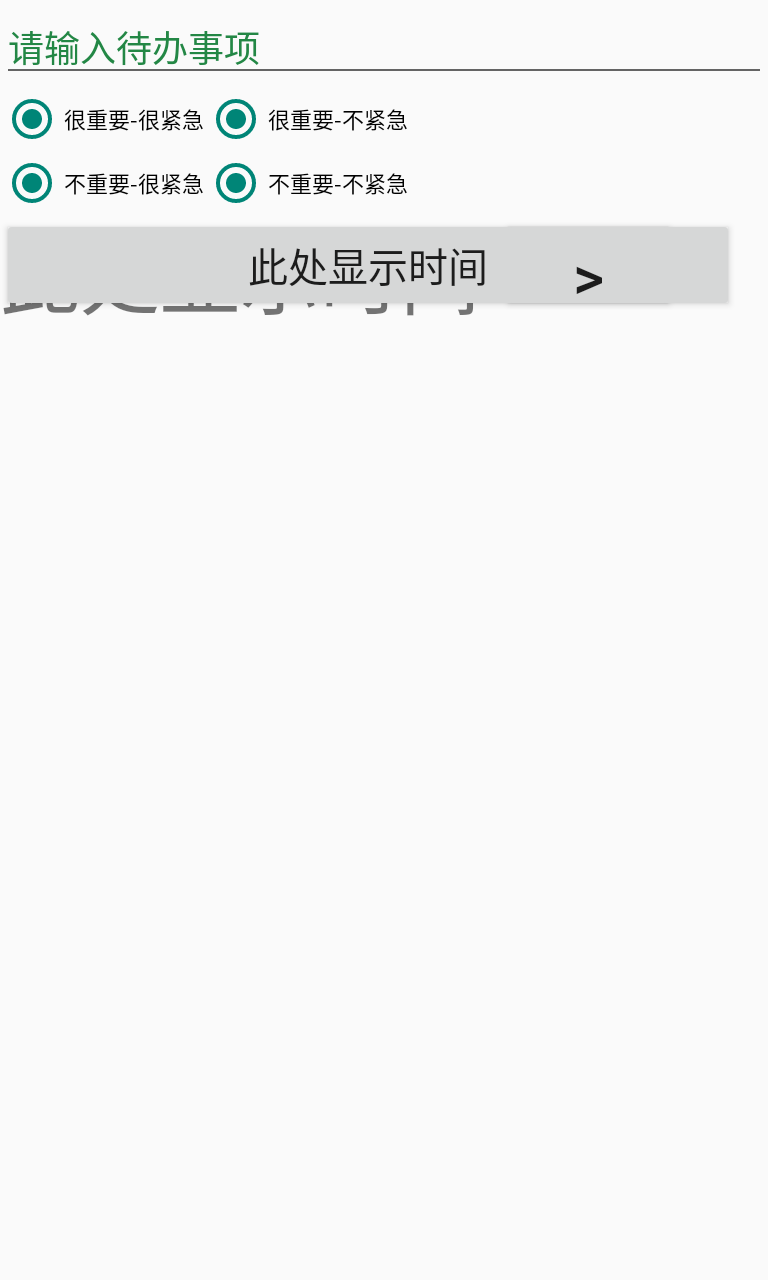
Repository: sh-zh-en/NBTodo
Layout: nbtodo/NBTodo/res/layout/addition_task_layout.xml
An editor plug-in stored every save of this project. The layout is shown before and after a run of saves, followed by the edit.
It is drawn on a 768 x 1280 px phone screen (xhdpi) without system bars, with theme AppTheme; the app's code is not run.

Above is the layout before, as saved 2015-02-12 17:58:26.

After the next 3 saves:
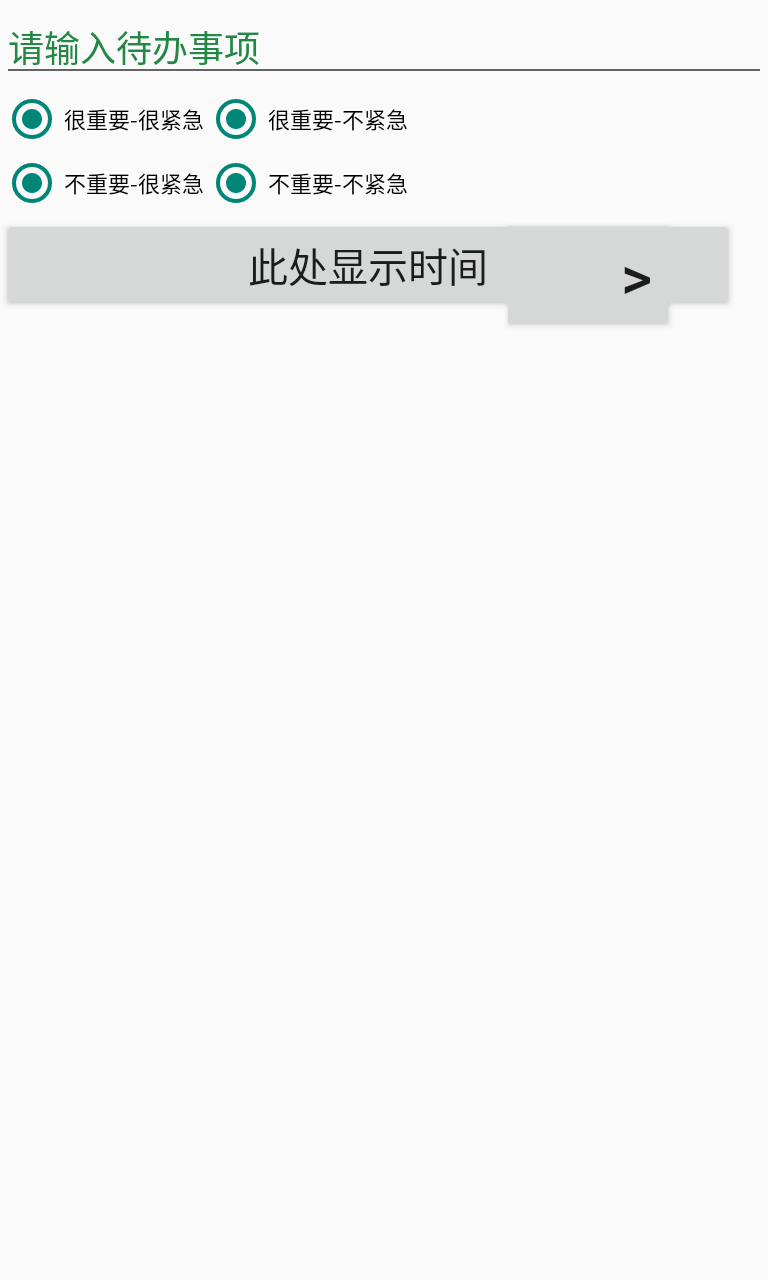
The 3 saves are shown as one change because 2 did not build or start.
The last was saved 5 min 23 s later.
--- a/nbtodo/NBTodo/res/layout/addition_task_layout.xml
+++ b/nbtodo/NBTodo/res/layout/addition_task_layout.xml
@@ -92,25 +92,18 @@
         android:layout_marginRight="@dimen/abc_action_bar_icon_vertical_padding_material"
         android:orientation="vertical" >
 
-		<TextView
-		    android:id="@+id/dateAndTime"
-		    android:layout_width="fill_parent"
-		    android:layout_height="wrap_content"
-		    android:lines="1"
-		    android:text="@string/show_time"
-		    android:textSize="40sp"
-		     />
 		<Button
 		    android:id="@+id/showDate"
 		    android:layout_width="fill_parent"
 		    android:layout_height="50dp"
-		    android:layout_weight="1"
+		    android:layout_weight="2"
 		    android:text="@string/show_time"
 		    android:textSize="20sp"/>
 		<Button
 		    android:id="@+id/setDate"
 		    android:layout_width="wrap_content"
-		    android:layout_height="50dp"
+		    android:layout_height="wrap_content"
+		    android:gravity="right"
 		    android:layout_marginLeft="250dp"
 		    android:text=">"
 		    android:textSize="30sp"/>
